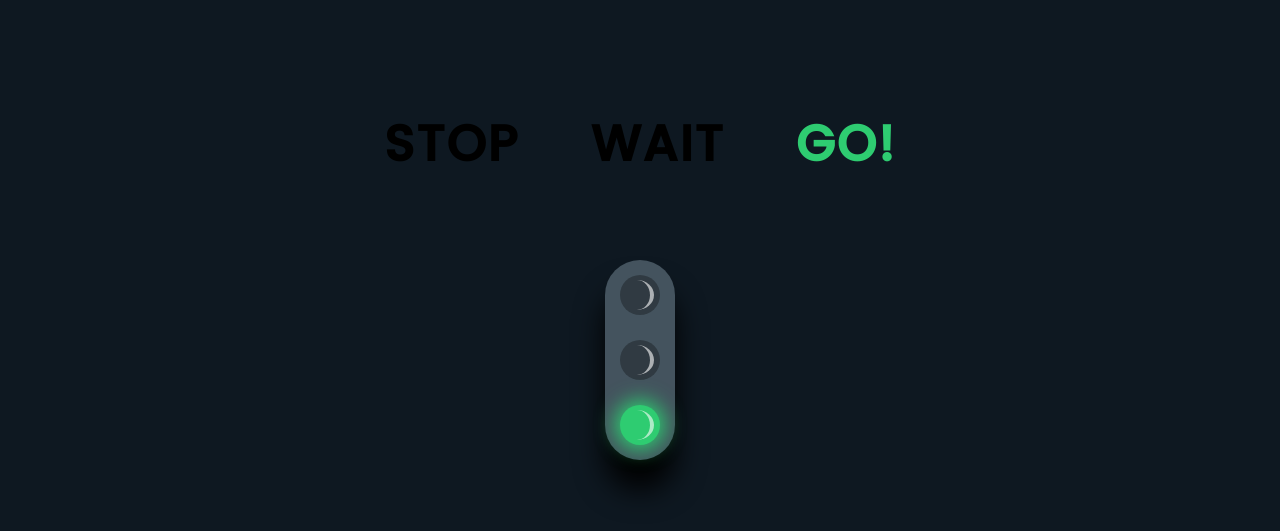
Repository: MarkLester10/TrafficLights
Page: index.html
An editor plug-in stored every save of this project. The page is shown before and after the next save, followed by the edit.
The browser window is 1280 px wide. The pictures show the whole page.

Above is the page before, as saved 2020-06-24 16:36:01.

After the next save:
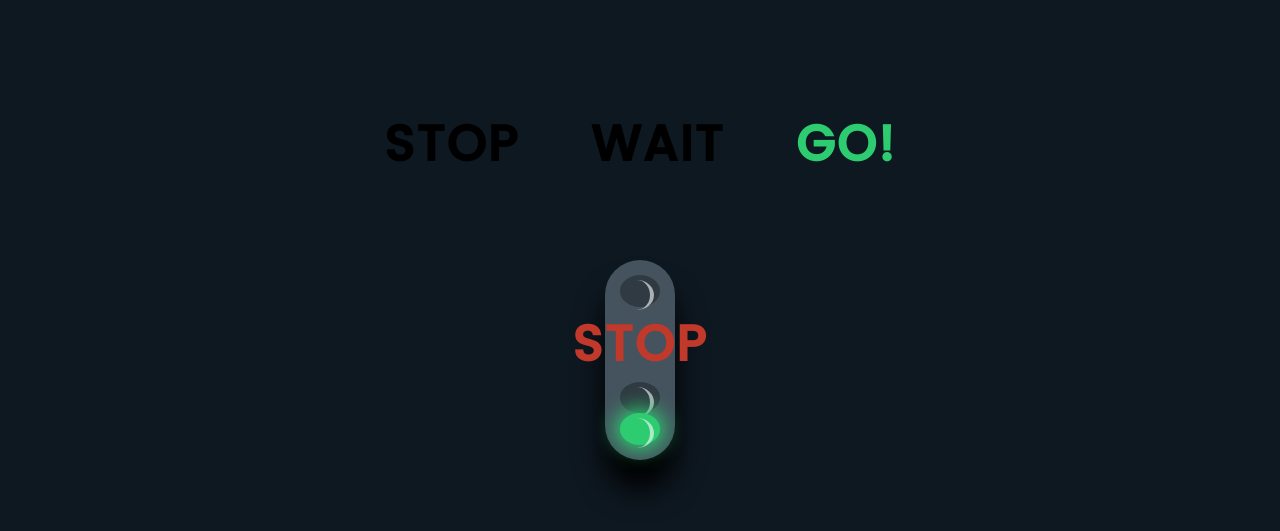
Saved 104 s later.
--- a/index.html
+++ b/index.html
@@ -14,6 +14,7 @@
     </div>
     <div class="container">
       <div class="circle red" color="red"></div>
+      <span><h2 class="text Red" color="Red">Stop</h2></span>
       <div class="circle" color="yellow"></div>
       <div class="circle" color="green"></div>
     </div>

After the save that followed:
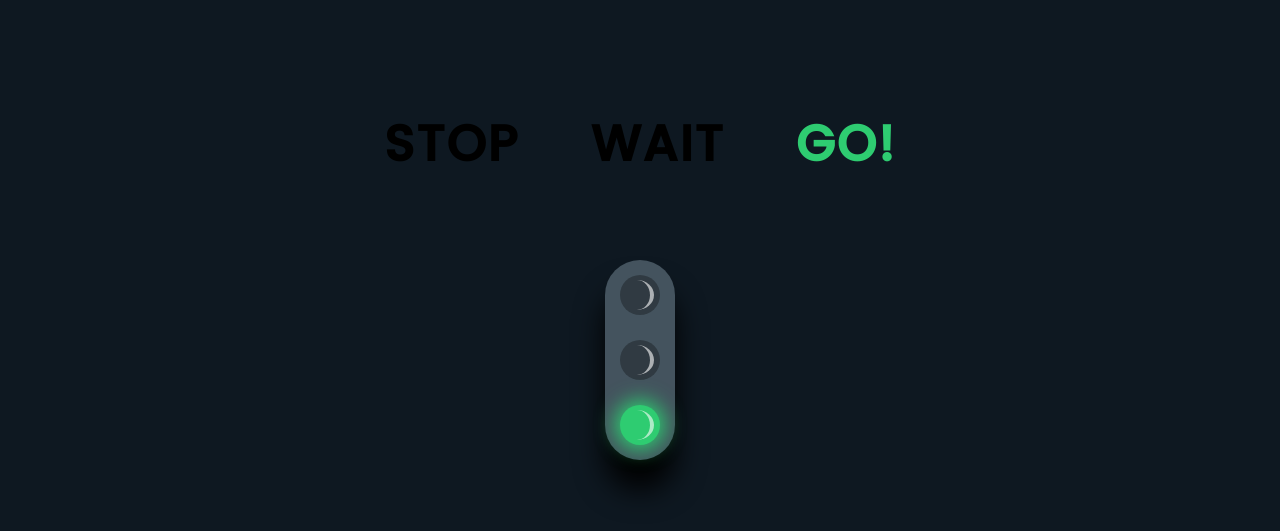
Saved 13 s later.
--- a/index.html
+++ b/index.html
@@ -14,7 +14,6 @@
     </div>
     <div class="container">
       <div class="circle red" color="red"></div>
-      <span><h2 class="text Red" color="Red">Stop</h2></span>
       <div class="circle" color="yellow"></div>
       <div class="circle" color="green"></div>
     </div>
